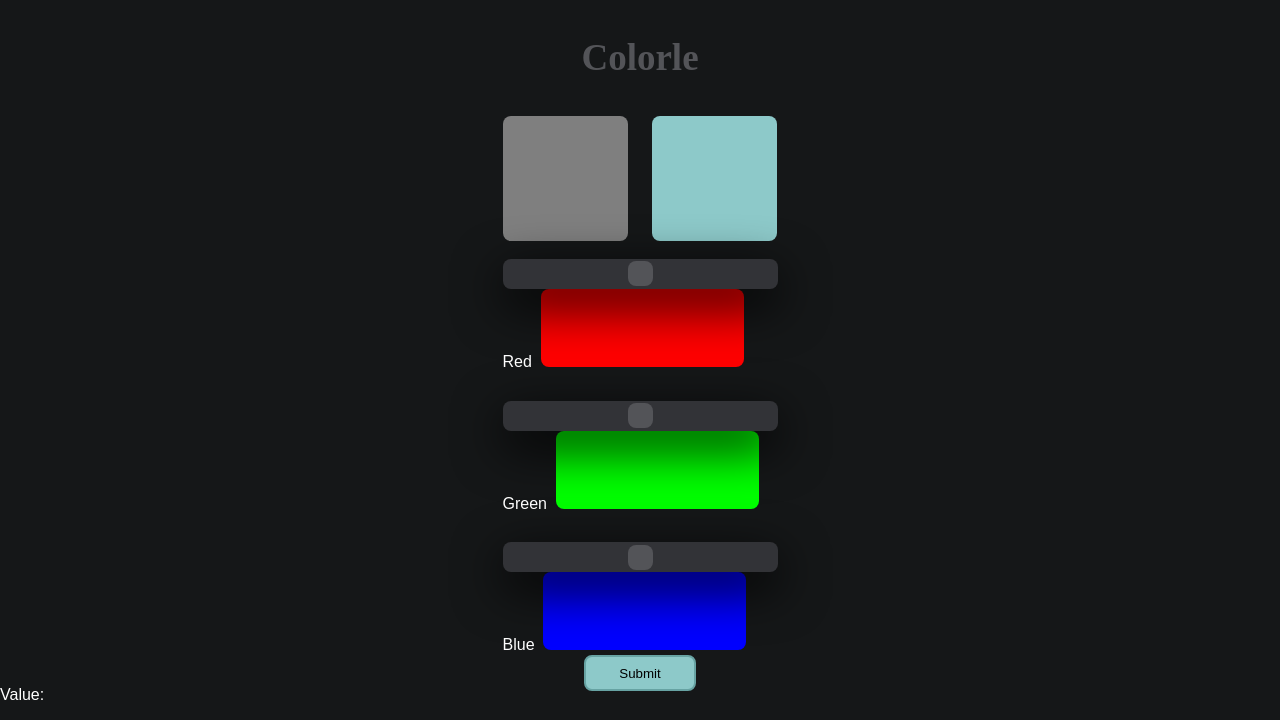
Repository: Artem-Melnik/Colorle
Page: index.html
An editor plug-in stored every save of this project. The page is shown before and after the next save, followed by the edit.
The browser window is 1280 px wide. The pictures show the whole page.

Above is the page before, as saved 2022-05-12 20:18:38.

After the next save:
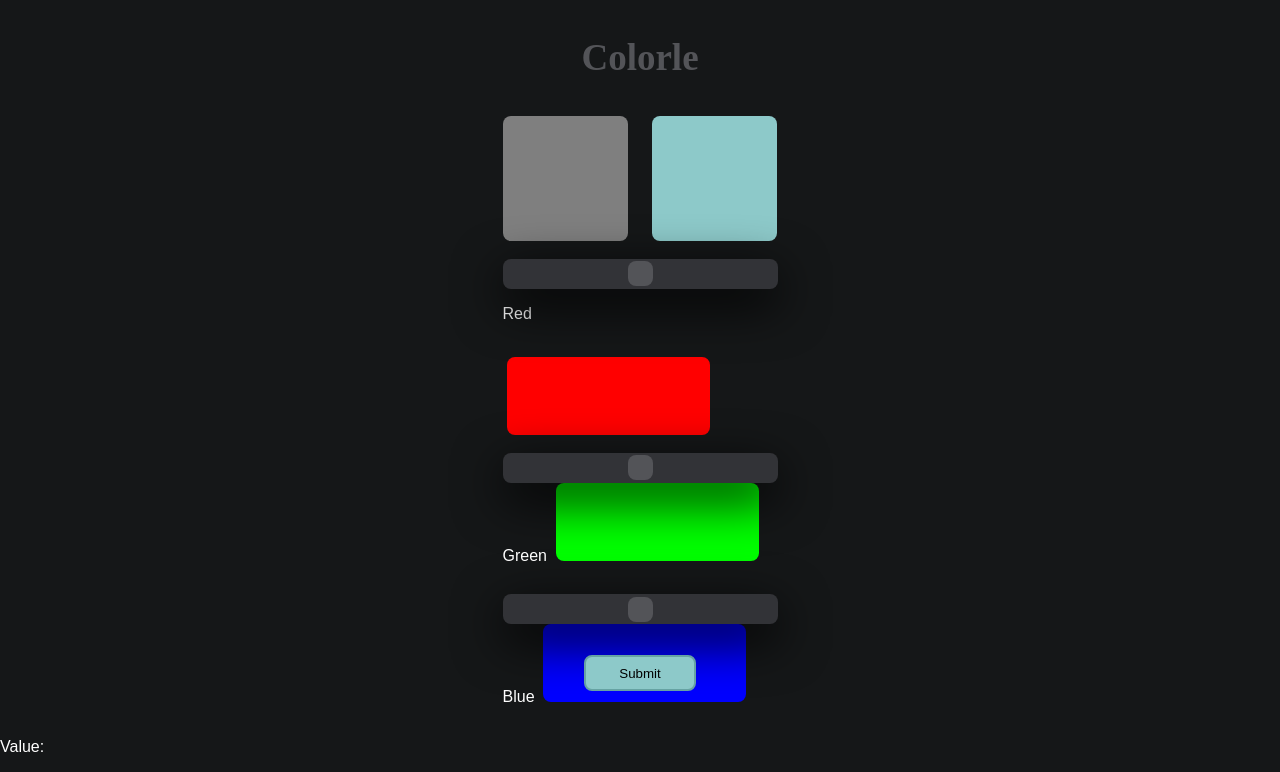
Saved 8 min 26 s later.
--- a/index.html
+++ b/index.html
@@ -50,6 +50,7 @@
         id="sliderRed"
       />
       <p class="currentColor" id="currentRed">Red</p>
+      <br></br>
       <p class="rating" id="ratingRed"></p>
       <div id="previewRed"></div>
     </div>

After the save that followed:
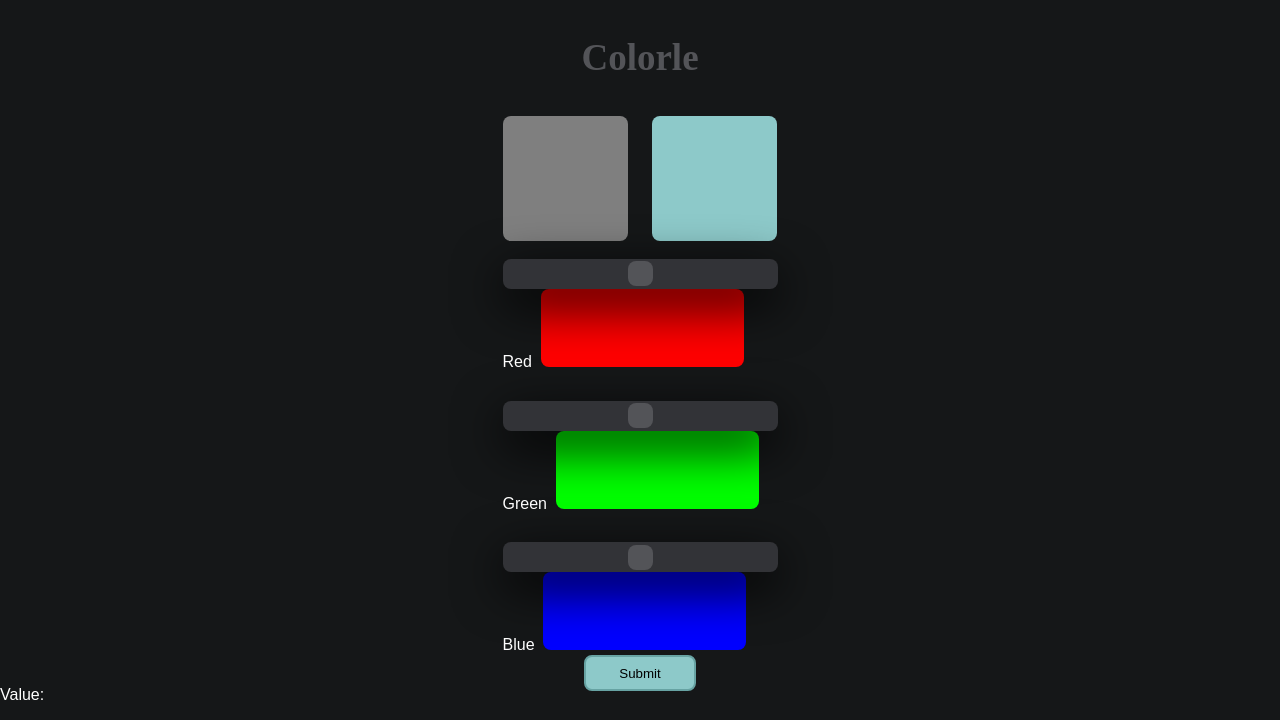
Saved 17 s later.
--- a/index.html
+++ b/index.html
@@ -50,7 +50,6 @@
         id="sliderRed"
       />
       <p class="currentColor" id="currentRed">Red</p>
-      <br></br>
       <p class="rating" id="ratingRed"></p>
       <div id="previewRed"></div>
     </div>
